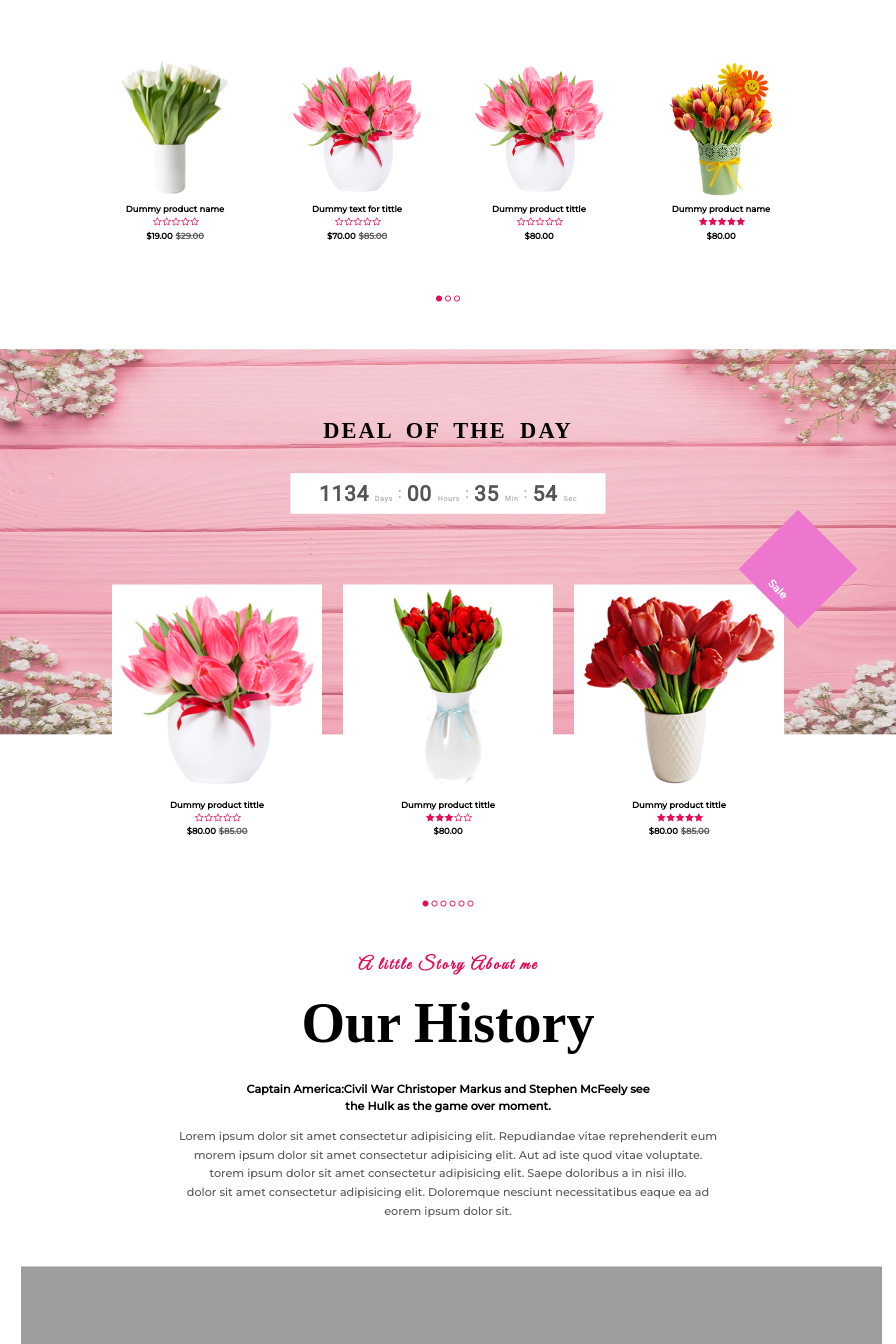
Repository: Yosva36/Front-End-Training
Page: Flower/flowers.html
These files come from the project's save history. The page is drawn as it stood at one moment and after the next save; the edit follows.
The browser window is 1280 px wide. The pictures show the part of the page from y = 1810 to 3730 px (the page is 6139 px tall), at 70% of full size.
Pictures or frames that could not be fetched are drawn as grey boxes. Some web fonts or font styles are not loaded; a fallback is used. Some web libraries are served in a nearby version.

Above is the page before, as saved 2022-11-21 10:35:18.

After the next save:
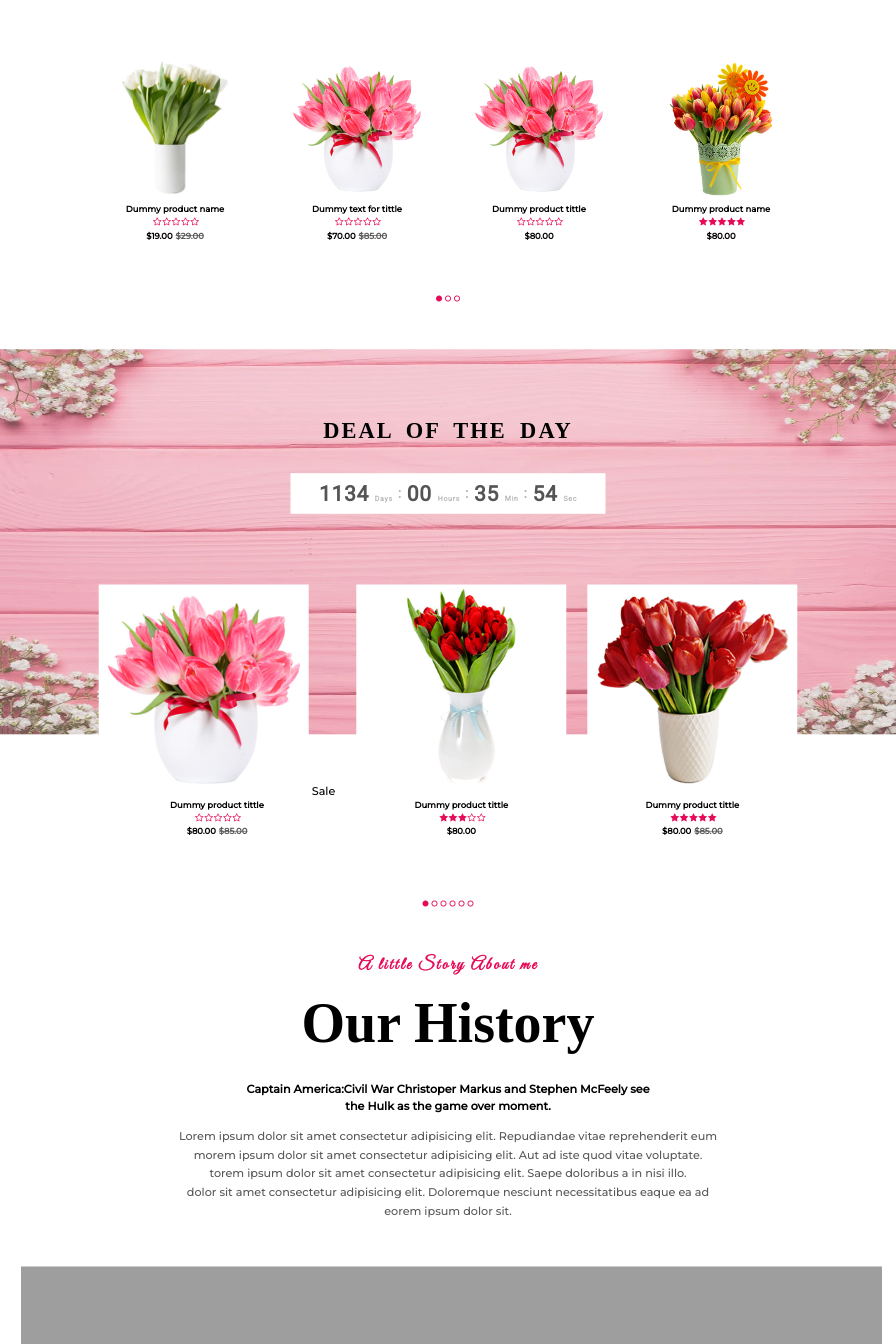
Saved 49 s later.
--- a/Flower/flowers.html
+++ b/Flower/flowers.html
@@ -264,7 +264,7 @@
             <div class="duplicate-images">
               <div class="gift">
                 <img src="/Flower/images/big-pot-rose.jpg" alt="red-roses" />
-                <span class="sale">Sale</span>
+                <span class="-18%">Sale</span>
                 <div class="price">
                   <span>Dummy product tittle</span>
                   <div class="ratings">

After the save that followed:
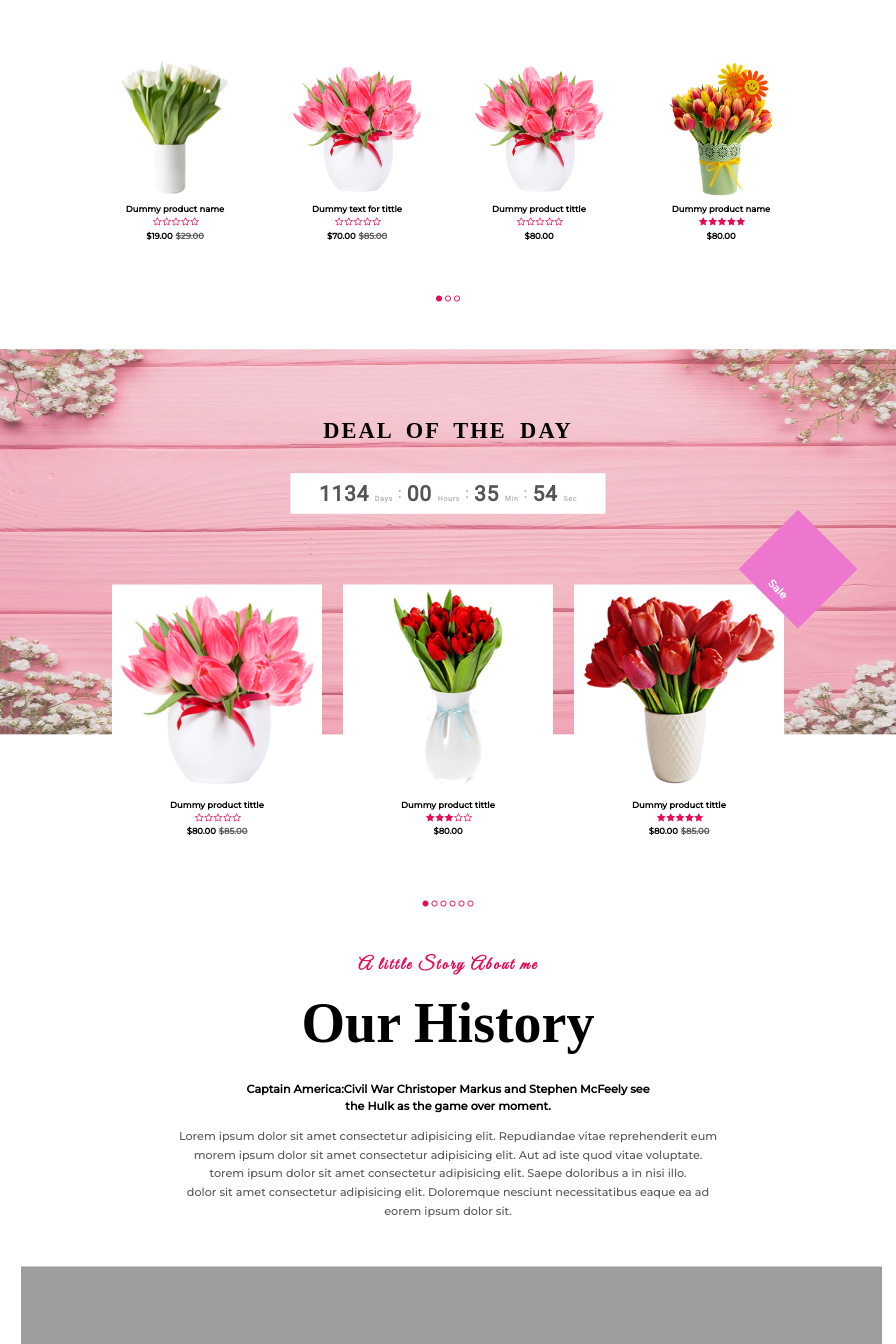
Saved 13 s later.
--- a/Flower/flowers.html
+++ b/Flower/flowers.html
@@ -264,7 +264,7 @@
             <div class="duplicate-images">
               <div class="gift">
                 <img src="/Flower/images/big-pot-rose.jpg" alt="red-roses" />
-                <span class="-18%">Sale</span>
+                <span class="sale">Sale</span>
                 <div class="price">
                   <span>Dummy product tittle</span>
                   <div class="ratings">
